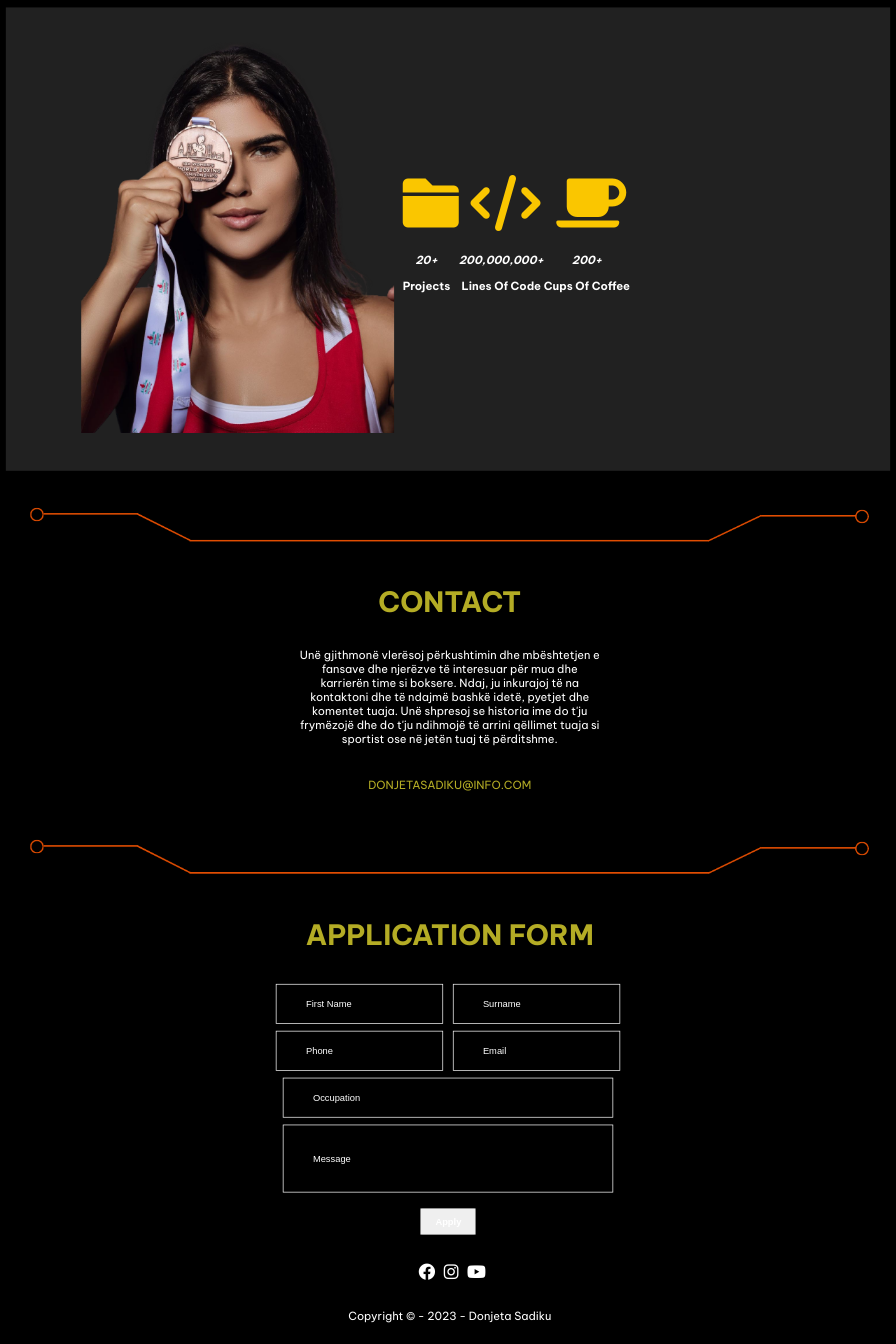
Repository: milot-morina/ds-boxing
Page: DS-Portfolio/index.html
These files come from the project's save history. The page is drawn as it stood at one moment and after the next save; the edit follows.
The browser window is 1280 px wide. The pictures show the part of the page from y = 2852 to 4772 px (the page is 4898 px tall before and 4918 px after), at 70% of full size.
A picture or video elsewhere on the page could not be fetched, so the positions and the page height are approximate.

Above is the page before, as saved 2023-03-21 10:37:41.

After the next save:
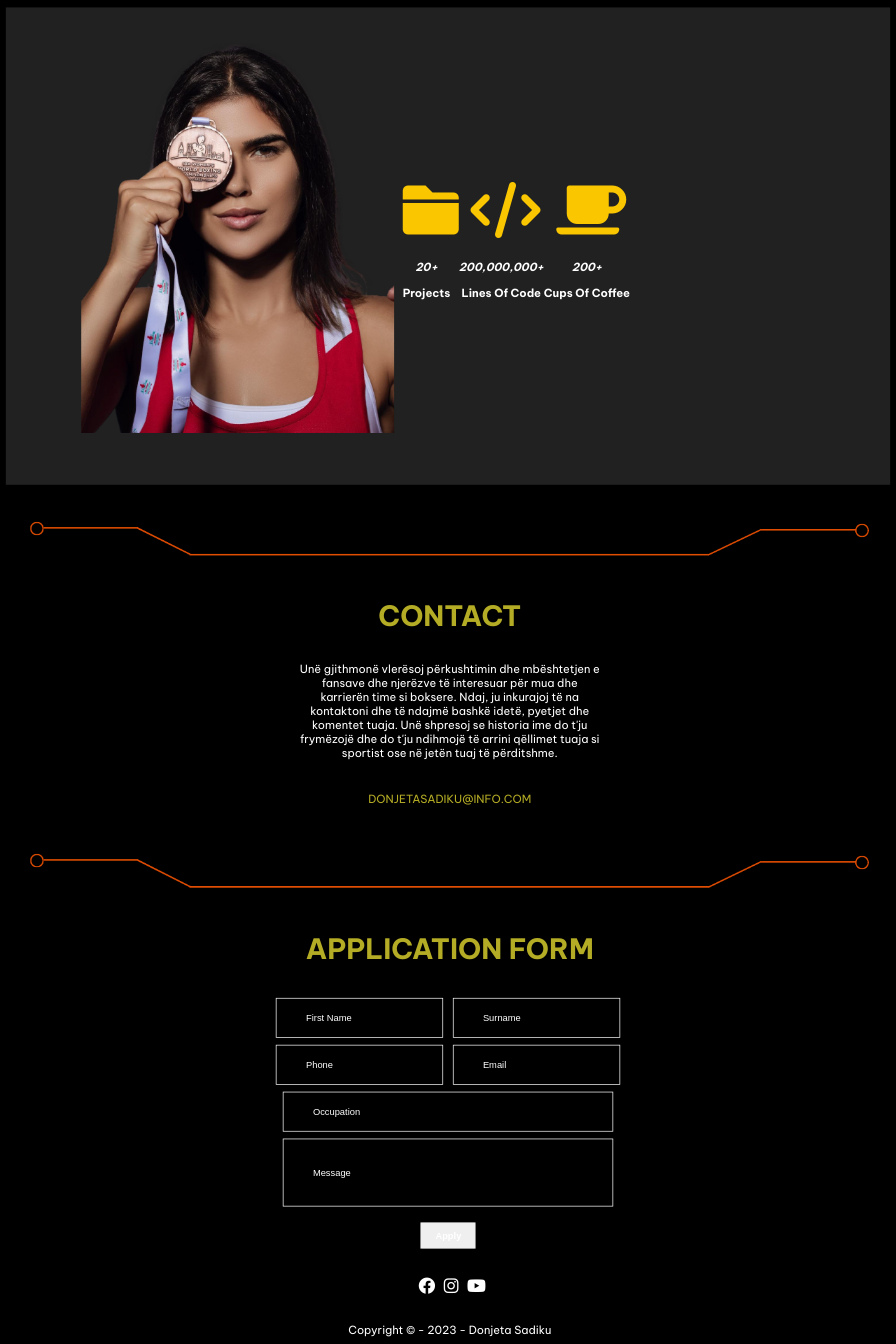
Saved 15 s later.
--- a/DS-Portfolio/style.css
+++ b/DS-Portfolio/style.css
@@ -20,34 +20,69 @@
 
 /* #Fun Facts
 ================================================================================= */
-.fun-facts{background:#212121; padding:50px; margin-top:20px; color:#fff;}
-.fun-facts i{color:#fac600; margin-bottom:15px; margin-right:0;}
-.fun-facts i:hover{color:#fac600;}
-.fun-facts p{font-weight:bold;}
-p.number{font-style:italic;}
+.fun-facts {
+  background: #212121;
+  padding: 50px;
+  margin-top: 20px;
+  color: #fff;
+}
+
+.fun-facts i {
+  color: #fac600;
+  margin-bottom: 15px;
+  margin-right: 0;
+}
+
+.fun-facts i:hover {
+  color: #fac600;
+}
+
+.fun-facts p {
+  font-weight: bold;
+}
+
+p.number {
+  font-style: italic;
+}
 
 .fun-facts .container {
   display: flex;
-  flex-direction: row;
-  justify-content: space-between;
+  flex-direction: column;
   align-items: center;
 }
 
 .fun-facts img {
   max-width: 100%;
   height: auto;
+  margin-bottom: 20px;
 }
 
 .fun-facts .row {
   display: flex;
-  flex-direction: row;
-  justify-content: space-between;
+  flex-direction: column;
   align-items: center;
 }
 
 .fun-facts .col-md-4 {
   text-align: center;
-}
+  margin-bottom: 20px;
+}
+
+@media screen and (min-width: 768px) {
+  .fun-facts .container {
+    flex-direction: row;
+    justify-content: space-between;
+  }
+
+  .fun-facts .row {
+    flex-direction: row;
+  }
+
+  .fun-facts .col-md-4 {
+    margin-bottom: 0;
+  }
+}
+
 
 /*  */
 
